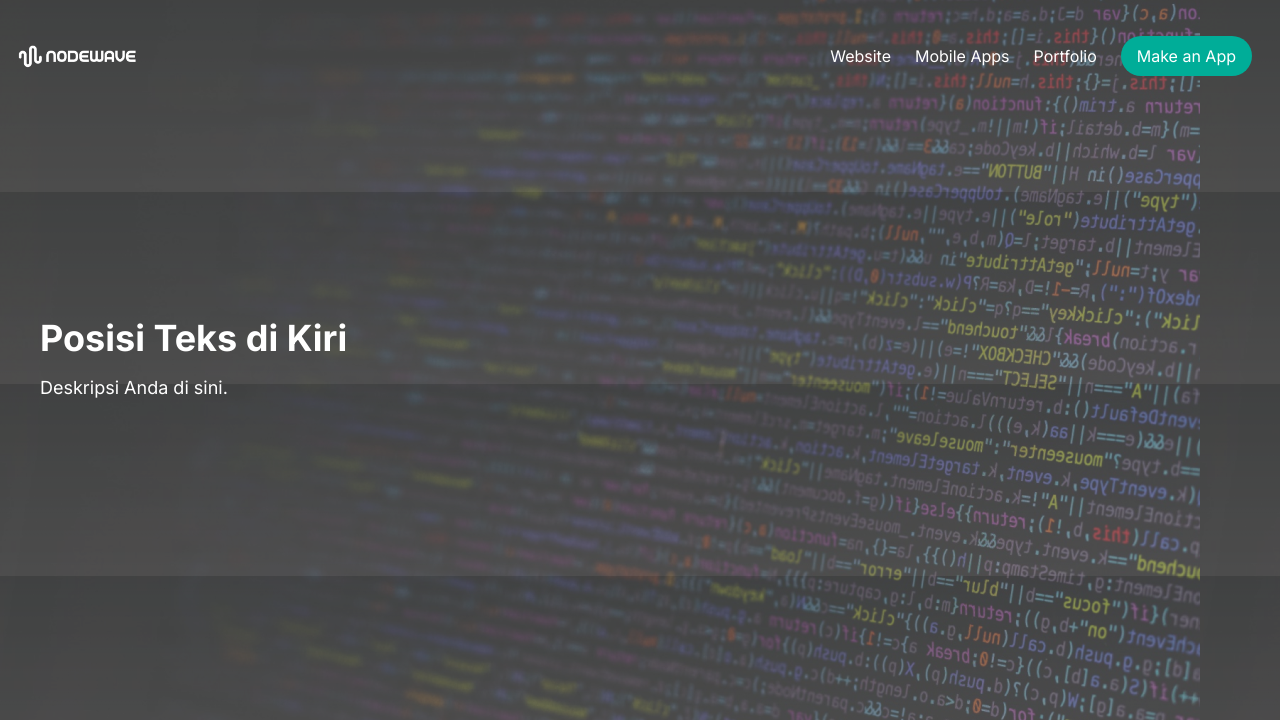
Repository: farrelmuhammad/nodewave
Page: /
An editor plug-in stored every save of this project. The page is shown before and after a run of saves, followed by the edit.
The browser window is 1280 px wide. The pictures show the whole page.
The project was rebuilt for these pictures with package versions that can differ from the ones it lists, and the page was loaded fresh each time. The framework's server and built-in components were replaced by stand-ins that run in the browser. Also part of the build but not shown: next.config.js.

Above is the page before, as saved 2023-09-08 13:29:39.

After the next 3 saves:
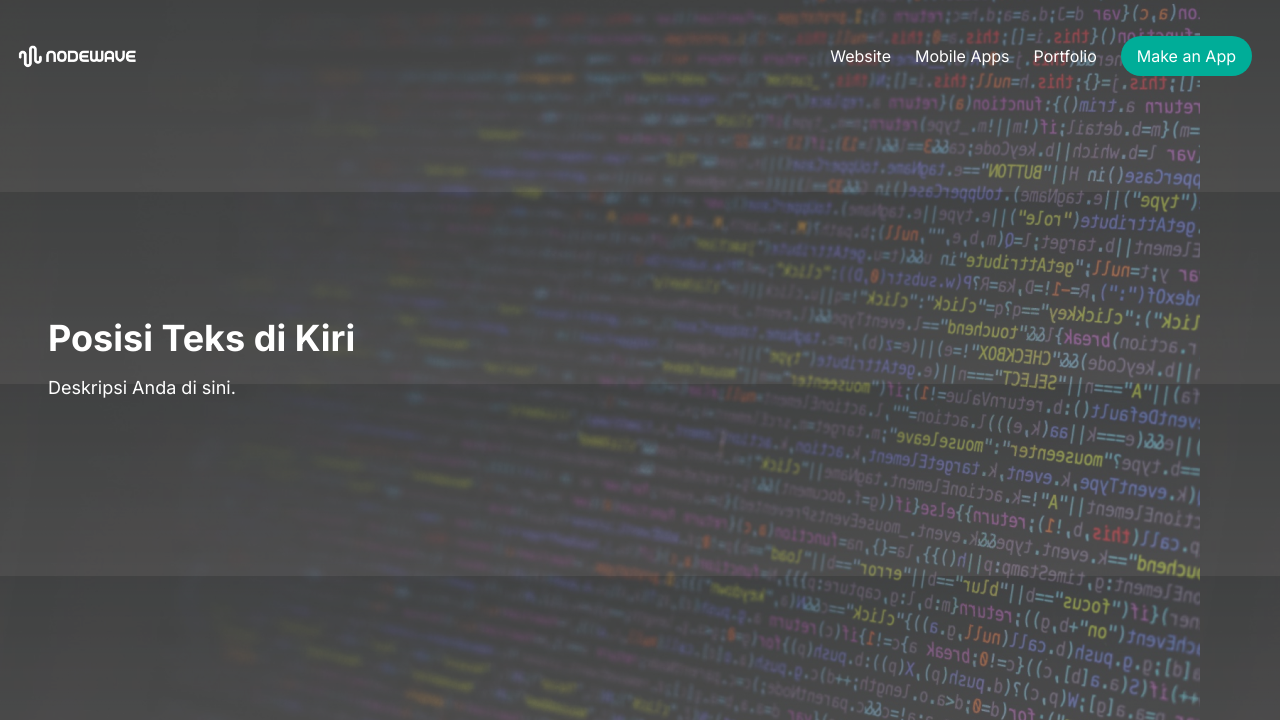
The 3 saves are shown as one change because they came seconds apart.
The last was saved 18 s later.
--- a/src/components/Hero.jsx
+++ b/src/components/Hero.jsx
@@ -12,7 +12,7 @@
       ></div>
 
       {/* Hero Content */}
-      <div className="absolute inset-0 flex items-center justify-start pl-10">
+      <div className="absolute inset-0 flex items-center justify-start px-12">
         <div className="text-white">
           <h1 className="text-4xl font-bold mb-4">Posisi Teks di Kiri</h1>
           <p className="text-lg">Deskripsi Anda di sini.</p>

After the save that followed:
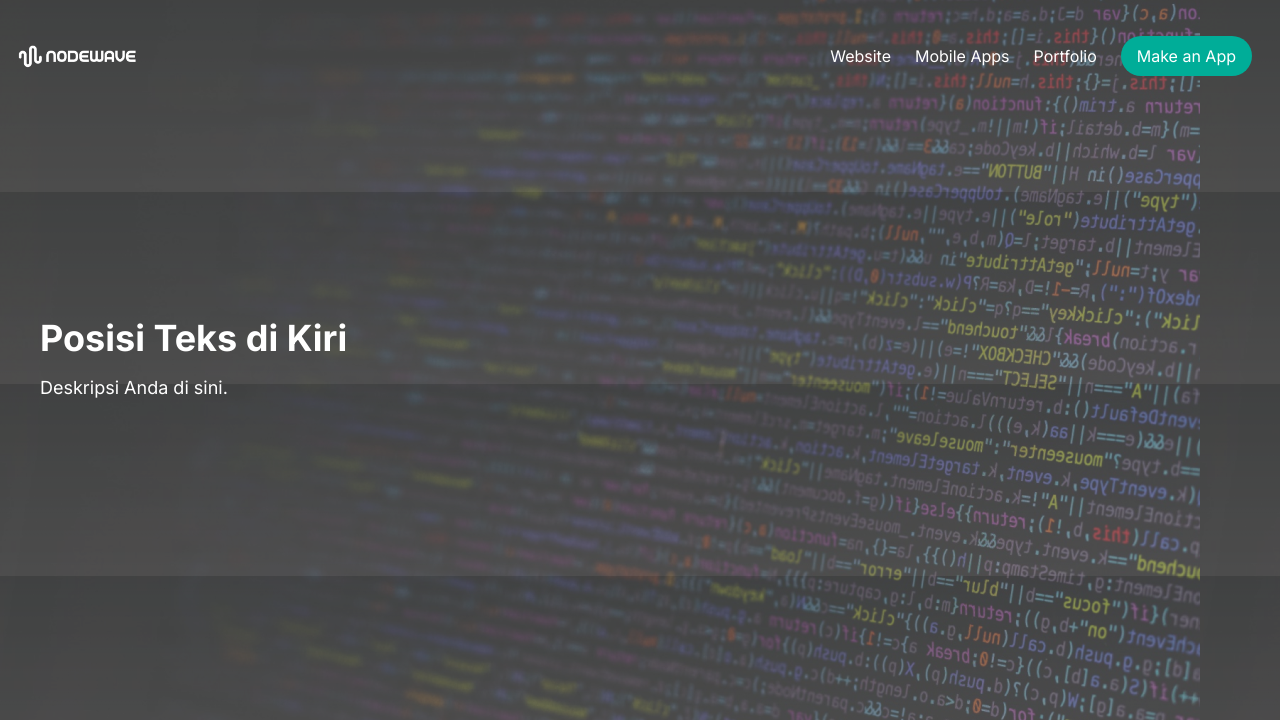
Saved 8 s later.
--- a/src/components/Hero.jsx
+++ b/src/components/Hero.jsx
@@ -12,7 +12,7 @@
       ></div>
 
       {/* Hero Content */}
-      <div className="absolute inset-0 flex items-center justify-start px-12">
+      <div className="absolute inset-0 flex items-center justify-start px-10">
         <div className="text-white">
           <h1 className="text-4xl font-bold mb-4">Posisi Teks di Kiri</h1>
           <p className="text-lg">Deskripsi Anda di sini.</p>
